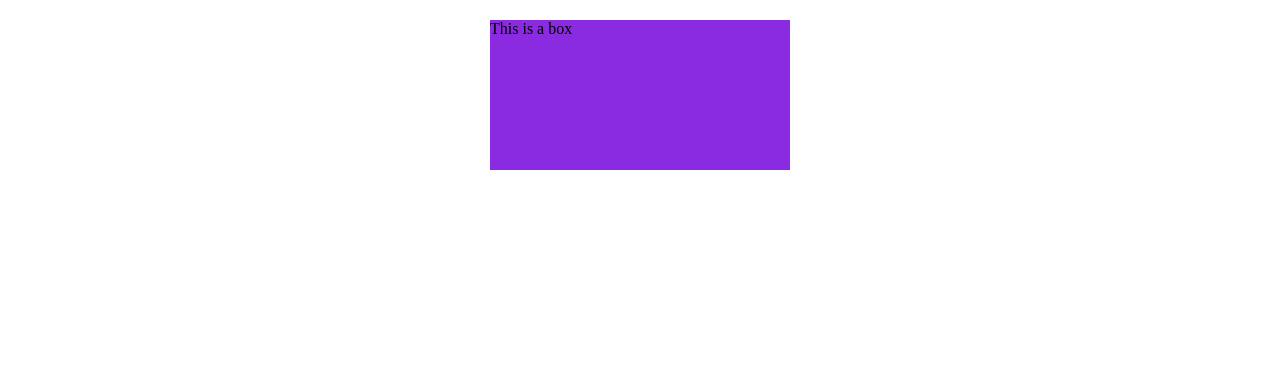
Repository: randomUser134923/pet-projects
Page: CSS_practice/individual-article/transform/index.html
The author's editor kept a record of every edit. The page is drawn from the files as they stood at one moment, then again after the next edit.
The browser window is 1280 px wide. The pictures show the whole page.

Above is the page before.

### CSS_practice/individual-article/transform/index.html
<!DOCTYPE html>
<html lang="en">
  <head>
    <meta charset="UTF-8" />
    <meta name="viewport" content="width=device-width, initial-scale=1.0" />
    <meta http-equiv="X-UA-Compatible" content="ie=edge" />
    <link rel="stylesheet" href="style.css" type="text/css" />
    <title>Static Template</title>
  </head>

  <body>
    <div class="elem delay">This is a box</div>
  </body>
</html>

### CSS_practice/individual-article/transform/style.css
.elem {
    background: blueviolet;
    width: 300px;
    height: 150px;
    margin: 20px auto;
    transition: 500ms linear;
}
.elem:hover {
    opacity: 0.5;
    transform: scale(1.1);
    trasition-property: font-size;
    transition-duration: 1s;

}

After the next edit:
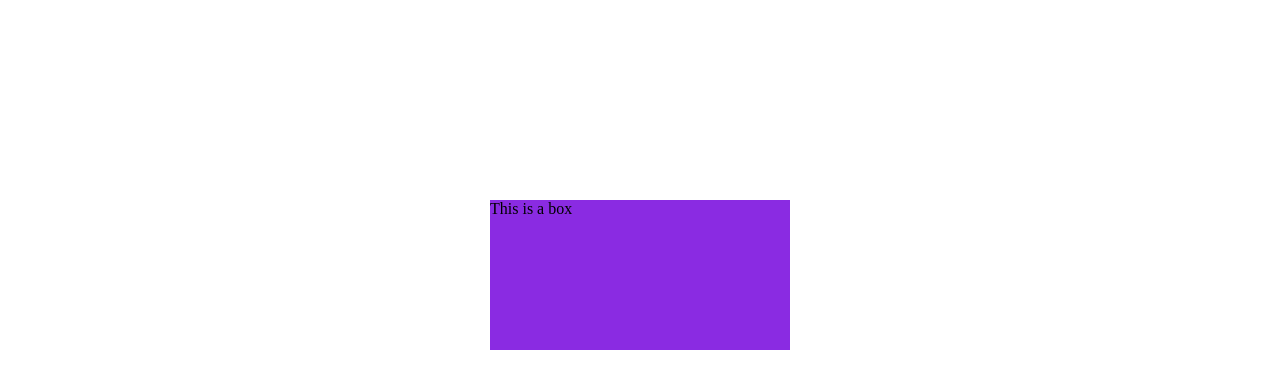
The edit:
--- a/CSS_practice/individual-article/transform/style.css
+++ b/CSS_practice/individual-article/transform/style.css
@@ -4,6 +4,7 @@
     height: 150px;
     margin: 20px auto;
     transition: 500ms linear;
+    margin-top: 200px;
 }
 .elem:hover {
     opacity: 0.5;
